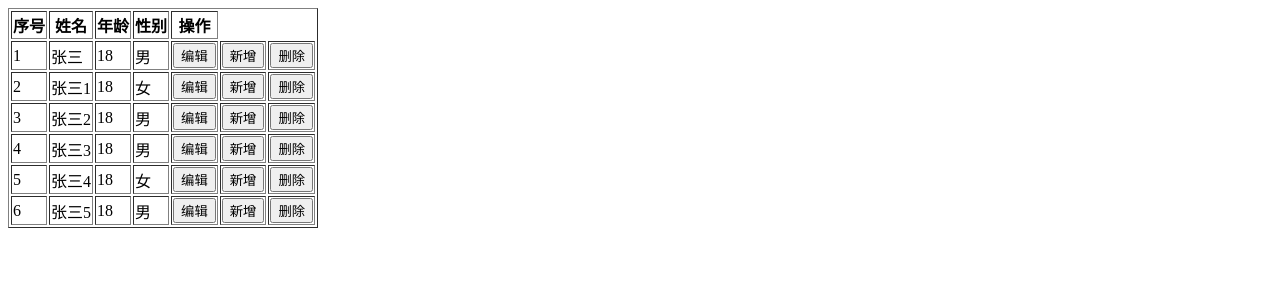
Repository: yuanritian1/5oproject50days
Page: 表格table/index.html
An editor plug-in stored every save of this project. The page is shown before and after the next save, followed by the edit.
The browser window is 1280 px wide. The pictures show the whole page.

Above is the page before, as saved 2022-09-03 10:08:35.

### 表格table/index.html
<!DOCTYPE html>
<html lang="en">

<head>
    <meta charset="UTF-8">
    <meta http-equiv="X-UA-Compatible" content="IE=edge">
    <meta name="viewport" content="width=device-width, initial-scale=1.0">
    <title>Document</title>
</head>

<body>
    <div id="containerBox">
        <table border="1">
            <thead>
                <tr>
                    <th>
                        序号
                    </th>
                    <th>
                        姓名
                    </th>
                    <th>
                        年龄
                    </th>
                    <th>
                        性别
                    </th>
                    <th>
                        操作
                    </th>
                </tr>
            </thead>
            <tbody id="content">
            </tbody>
            <tfoot id="foot">

            </tfoot>
        </table>
    </div>
</body>

</html>
<script>
    const DATE_ARR = [
        { id: '1', name: '张三', age: '18', sex: '男' },
        { id: '2', name: '张三1', age: '18', sex: '女' },
        { id: '3', name: '张三2', age: '18', sex: '男' },
        { id: '4', name: '张三3', age: '18', sex: '男' },
        { id: '5', name: '张三4', age: '18', sex: '女' },
        { id: '6', name: '张三5', age: '18', sex: '男' },
    ]
    let bodyContent = document.getElementById('content')
    function showTable(data) {
        DATE_ARR.forEach((item) => {
            bodyContent.innerHTML += `
    <tr>
        <td>${item.id}</td>
        <td>${item.name}</td>
        <td>${item.age}</td>
        <td>${item.sex}</td>
        <td><button>编辑</button></td>
        <td><button>新增</button></td>
        <td><button>删除</button></td>
        </tr>
    `
        })
    }
    showTable(DATE_ARR)
</script>

After the next save:
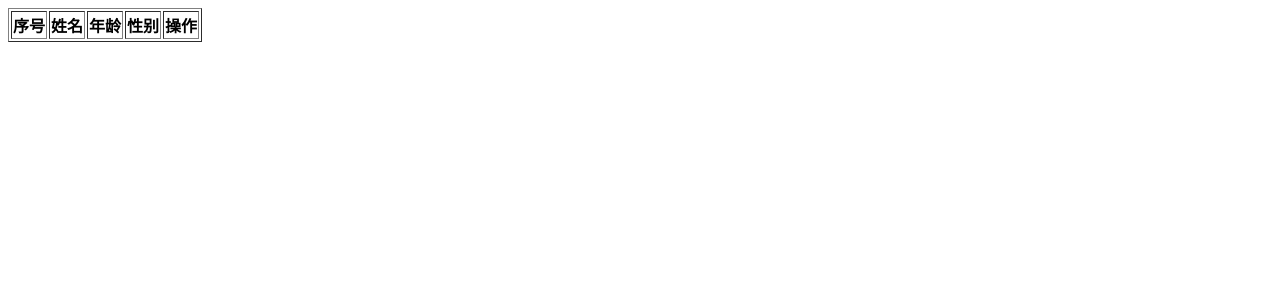
Console error: ReferenceError: jeiqu is not defined
Saved 8 min 11 s later.
--- a/表格table/index.html
+++ b/表格table/index.html
@@ -65,5 +65,10 @@
     `
         })
     }
+    function jiequ(value) {
+        let arr = DATE_ARR.splice((value - 1) * 3, 3)
+        showTable(arr)
+    }
+    jeiqu(1)
     showTable(DATE_ARR)
 </script>

After the save that followed:
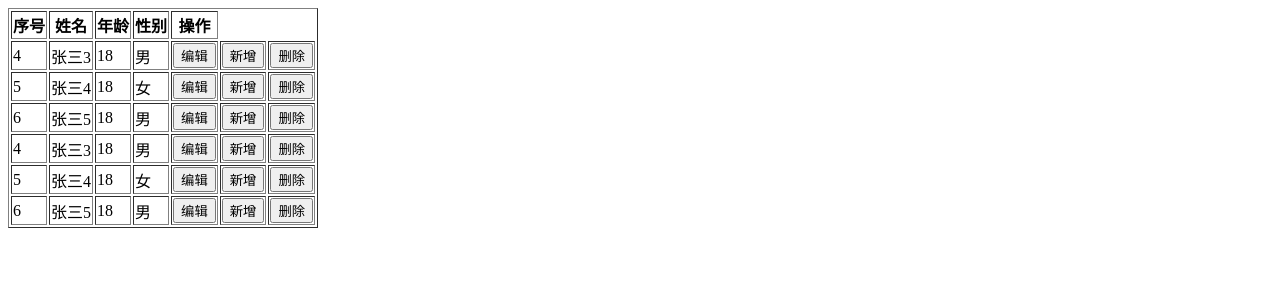
The error is gone.
Saved 12 s later.
--- a/表格table/index.html
+++ b/表格table/index.html
@@ -69,6 +69,6 @@
         let arr = DATE_ARR.splice((value - 1) * 3, 3)
         showTable(arr)
     }
-    jeiqu(1)
+    jiequ(1)
     showTable(DATE_ARR)
 </script>
